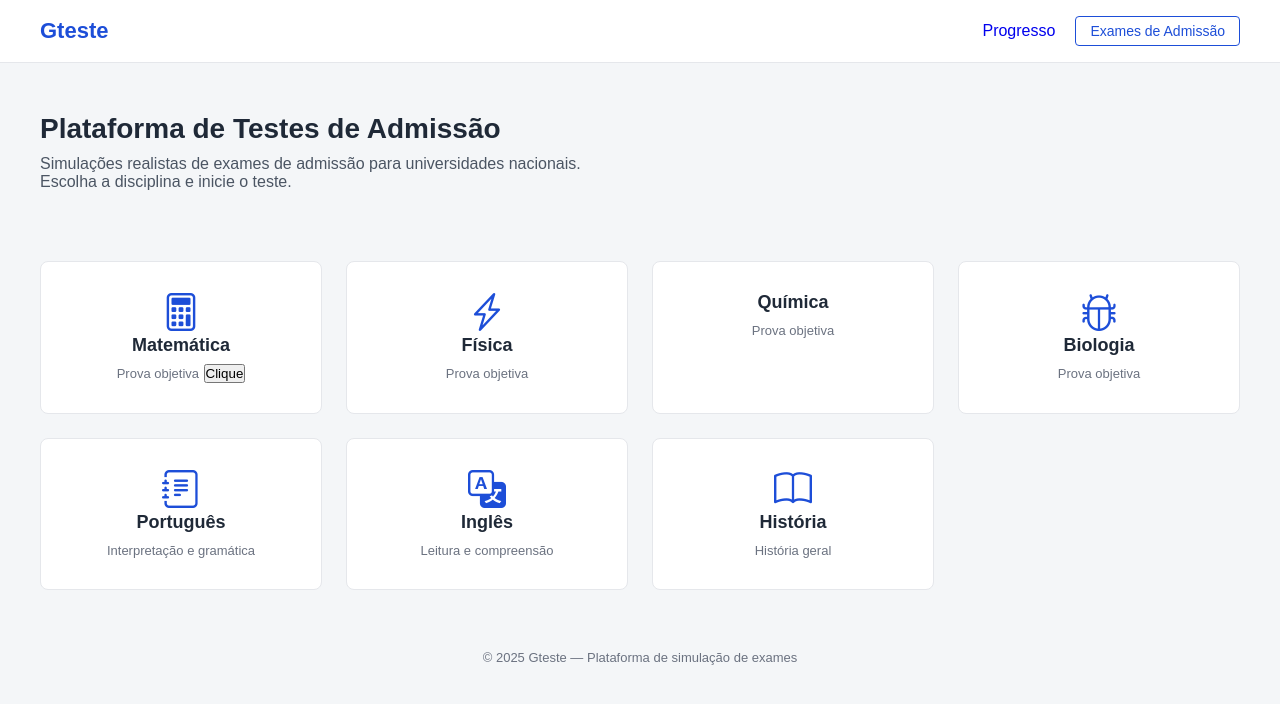
Repository: juvencio009/infratech-web
Page: index.html
An editor plug-in stored every save of this project. The page is shown before and after a run of saves, followed by the edit.
The browser window is 1280 px wide. The pictures show the whole page.

Above is the page before, as saved 2025-12-17 23:02:07.
Console error: TypeError: Cannot read properties of null (reading 'toUpperCase')

### index.html
<!DOCTYPE html>
<html lang="pt">
<head>
  <meta charset="UTF-8">
  <title>Gteste | Exames de Admissão</title>

  <!-- Bootstrap Icons -->
  <link
    href="https://cdn.jsdelivr.net/npm/bootstrap-icons@1.11.3/font/bootstrap-icons.css"
    rel="stylesheet"
  >

  <style>
    * {
      box-sizing: border-box;
      margin: 0;
      padding: 0;
      font-family: Arial, Helvetica, sans-serif;
    }

    body {
      background: #f4f6f8;
      color: #1f2937;
    }

    /* HEADER */
    header {
      background: #ffffff;
      border-bottom: 1px solid #e5e7eb;
      padding: 16px 40px;
      display: flex;
      align-items: center;
      justify-content: space-between;
    }

    .logo {
      font-size: 22px;
      font-weight: bold;
      color: #1d4ed8;
    }

    .header-actions button {
      background: transparent;
      border: 1px solid #1d4ed8;
      color: #1d4ed8;
      padding: 6px 14px;
      border-radius: 4px;
      cursor: pointer;
      font-size: 14px;
    }

    /* HERO */
    .hero {
      padding: 50px 40px 30px;
    }

    .hero h1 {
      font-size: 28px;
      margin-bottom: 10px;
    }

    .hero p {
      color: #4b5563;
      max-width: 600px;
    }

    /* GRID */
    .grid {
      padding: 40px;
      display: grid;
      grid-template-columns: repeat(auto-fit, minmax(230px, 1fr));
      gap: 24px;
    }

    .card {
      background: #ffffff;
      border-radius: 8px;
      padding: 30px 20px;
      text-align: center;
      border: 1px solid #e5e7eb;
      cursor: pointer;
      transition: 0.2s ease;
    }

    .card:hover {
      transform: translateY(-4px);
      box-shadow: 0 6px 20px rgba(0,0,0,0.08);
    }

    .card i {
      font-size: 38px;
      color: #1d4ed8;
      margin-bottom: 14px;
    }

    .card h3 {
      font-size: 18px;
      margin-bottom: 8px;
    }

    .card span {
      font-size: 13px;
      color: #6b7280;
    }

    footer {
      text-align: center;
      padding: 20px;
      font-size: 13px;
      color: #6b7280;
    }
  </style>
</head>
<body>

  <!-- HEADER -->
  <header>
    <div class="logo">Gteste</div>
    <div class="header-actions" style='display:flex;align-items:center;gap:20px;text-decoration:none;list-style:none'>
      <!-- futuro: login -->
	<li><a href='progress.html' style='text-decoration:none'>Progresso</a></li>
      <button disabled>Exames de Admissão</button>
    </div>
  </header>

  <!-- HERO -->
  <section class="hero">
    <h1>Plataforma de Testes de Admissão</h1>
    <p>
      Simulações realistas de exames de admissão para universidades nacionais.
      Escolha a disciplina e inicie o teste.
    </p>
  </section>

  <!-- DISCIPLINAS -->
  <section class="grid">

    <div class="card" onclick="openQuiz('matematica')">
      <i class="bi bi-calculator"></i>
      <h3>Matemática</h3>
      <span>Prova objetiva</span>
      <button onclick="alertG('Meu Deus')">Clique</button>
    </div>

    <div class="card" onclick="openQuiz('fisica')">
      <i class="bi bi-lightning-charge"></i>
      <h3>Física</h3>
      <span>Prova objetiva</span>
    </div>

    <div class="card" onclick="openQuiz('quimica')">
      <i class="bi bi-tech"></i>
      <h3>Química</h3>
      <span>Prova objetiva</span>
    </div>

    <div class="card" onclick="openQuiz('biologia')">
      <i class="bi bi-bug"></i>
      <h3>Biologia</h3>
      <span>Prova objetiva</span>
    </div>

    <div class="card" onclick="openQuiz('portugues')">
      <i class="bi bi-journal-text"></i>
      <h3>Português</h3>
      <span>Interpretação e gramática</span>
    </div>

    <div class="card" onclick="openQuiz('ingles')">
      <i class="bi bi-translate"></i>
      <h3>Inglês</h3>
      <span>Leitura e compreensão</span>
    </div>

    <div class="card" onclick="openQuiz('historia')">
      <i class="bi bi-book"></i>
      <h3>História</h3>
      <span>História geral</span>
    </div>

  </section>

  <footer>
    © 2025 Gteste — Plataforma de simulação de exames
  </footer>

  <script>
    function openQuiz(disciplina) {
      window.location.href = `quiz.html?disciplina=${disciplina}`;
    }
  </script>
  <script src="scr/quiz.js"></script>
</body>
</html>

### scr/quiz.js
const params = new URLSearchParams(window.location.search);
const disciplina = params.get('disciplina');

let questoes = [];
let atual = 0;
let score = 0;

const intro = document.getElementById("intro");
const quiz = document.getElementById("quiz");
const resultado = document.getElementById("resultado");

document.getElementById("disciplina").innerText =
  disciplina.toUpperCase();

carregarQuestoes(disciplina).then(data => {
  questoes = data;
});

document.getElementById("startBtn").onclick = () => {
  intro.classList.add("hidden");
  quiz.classList.remove("hidden");
  renderQuestao();
};

function renderQuestao() {
  const q = questoes[atual];
  document.getElementById("pergunta").innerText =
    `Questão ${atual + 1}: ${q.pergunta}`;

  const box = document.getElementById("respostas");
  box.innerHTML = "";

  q.respostas.forEach((r, i) => {
    box.innerHTML += `
      <label>
        <input type="radio" name="resp" value="${i}">
        ${r}
      </label>
    `;
  });
}

document.getElementById("submitBtn").onclick = () => {
  const marcada = document.querySelector('input[name="resp"]:checked');
  if (!marcada) {
    alert("Selecione uma resposta antes de submeter");
    return;
  }

  if (parseInt(marcada.value) === questoes[atual].correta) {
    score++;
  }

  atual++;

  if (atual < questoes.length) {
    renderQuestao();
  } else {
    finalizar();
  }
};

function finalizar() {
  quiz.classList.add("hidden");
  resultado.classList.remove("hidden");

  resultado.innerHTML = `
    <h2>Resultado Final</h2>
    <p>${score} de ${questoes.length} questões corretas</p>
    <p>Status: ${score >= questoes.length / 2 ? "Aprovado" : "Reprovado"}</p>
  `;
}


function alertG(text,state='info'){

  const div = document.createElement("div");
  div.style.cssText=`
  position:absolute;
  top:90px;
  left:50%;
  transform:translateX(-50%);
  max-width:200px;
  border-radius:20px;
  padding:10px 12px;
  background:${state==='info'?'#444':'#aed'};
  color:#233;
  z-index:2;
  background-color:#fafafa;
  border:1px solid #fafaee;
  `;
  div.textContent=text;

  document.body.appendChild(div);
}

After the next 2 saves:
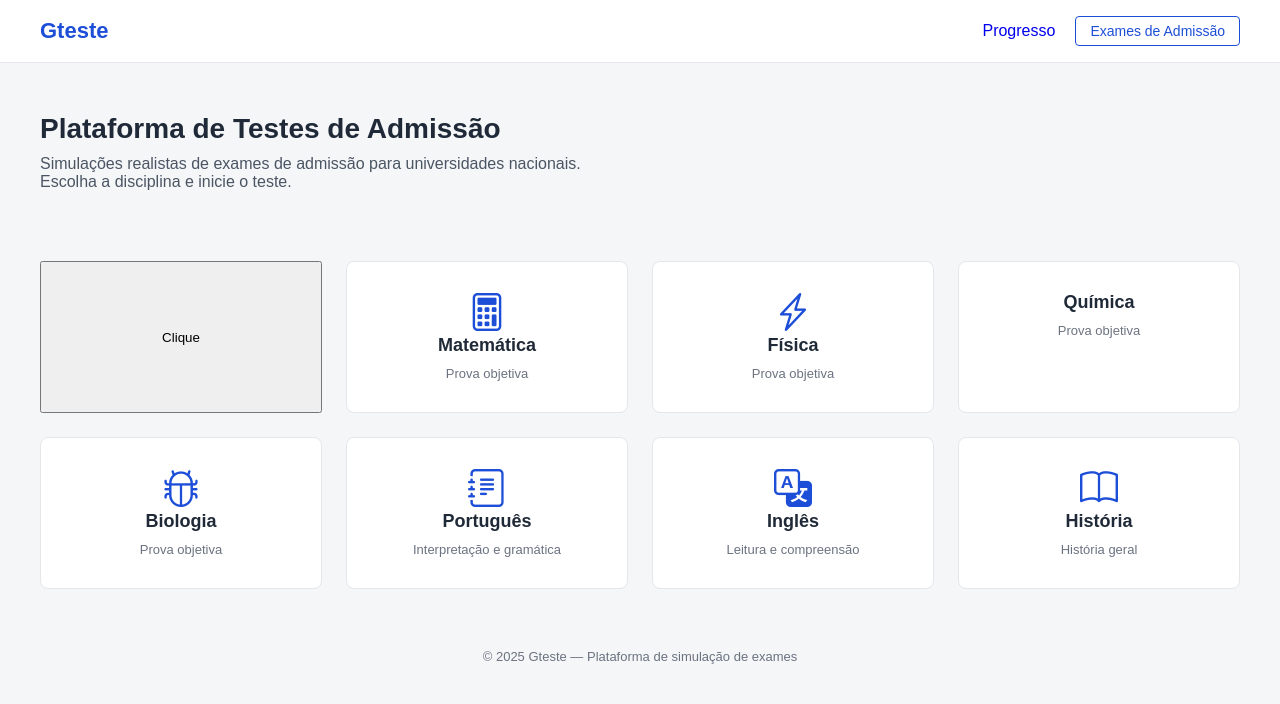
The 2 saves are shown as one change because they came seconds apart.
The last was saved 39 s later.
--- a/index.html
+++ b/index.html
@@ -134,12 +134,12 @@
 
   <!-- DISCIPLINAS -->
   <section class="grid">
+      <button onclick="alertG('Meu Deus')">Clique</button>
 
     <div class="card" onclick="openQuiz('matematica')">
       <i class="bi bi-calculator"></i>
       <h3>Matemática</h3>
       <span>Prova objetiva</span>
-      <button onclick="alertG('Meu Deus')">Clique</button>
     </div>
 
     <div class="card" onclick="openQuiz('fisica')">
